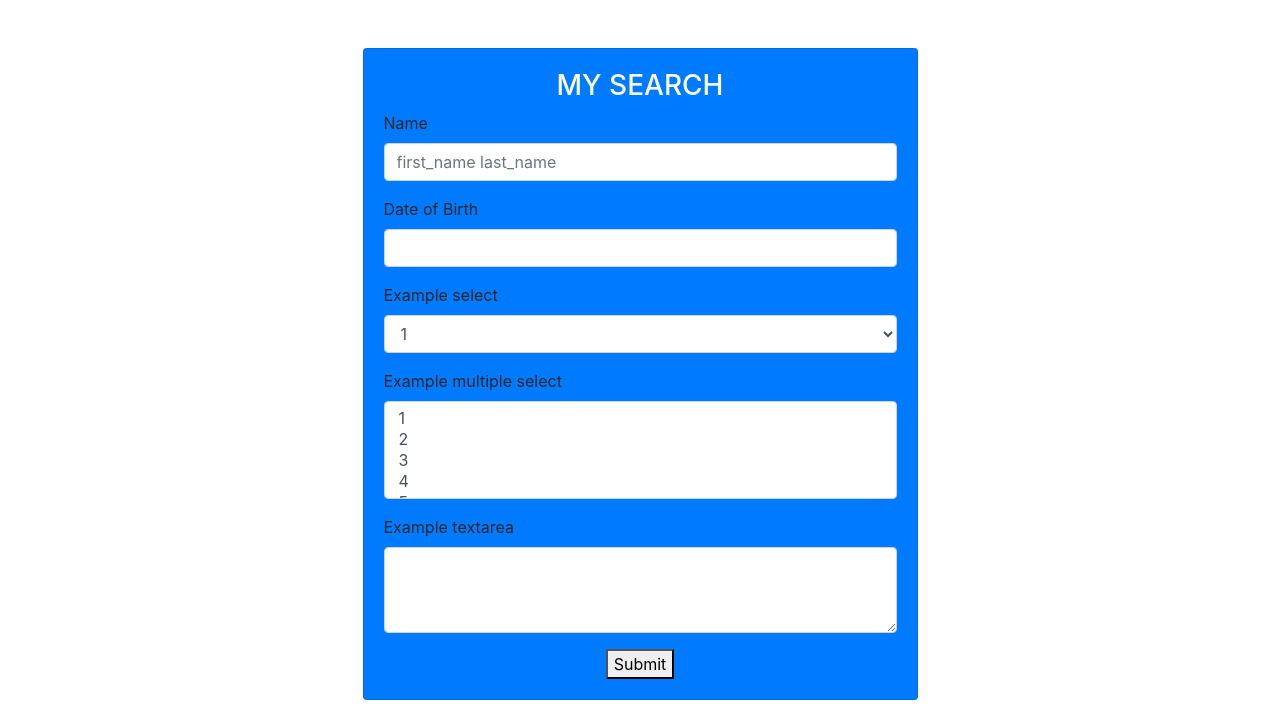
Repository: modinilesh/SpringMVC
Page: http://localhost/springmvcsearch/complex
These files come from the project's save history. The page is drawn as it stood at one moment and after the next save; the edit follows.
The browser window is 1280 px wide. The pictures show the whole page.
Some web libraries are served in a nearby version. The page is served by Tomcat 9.

Above is the page before, as saved 2023-10-20 14:41:52.

After the next save:
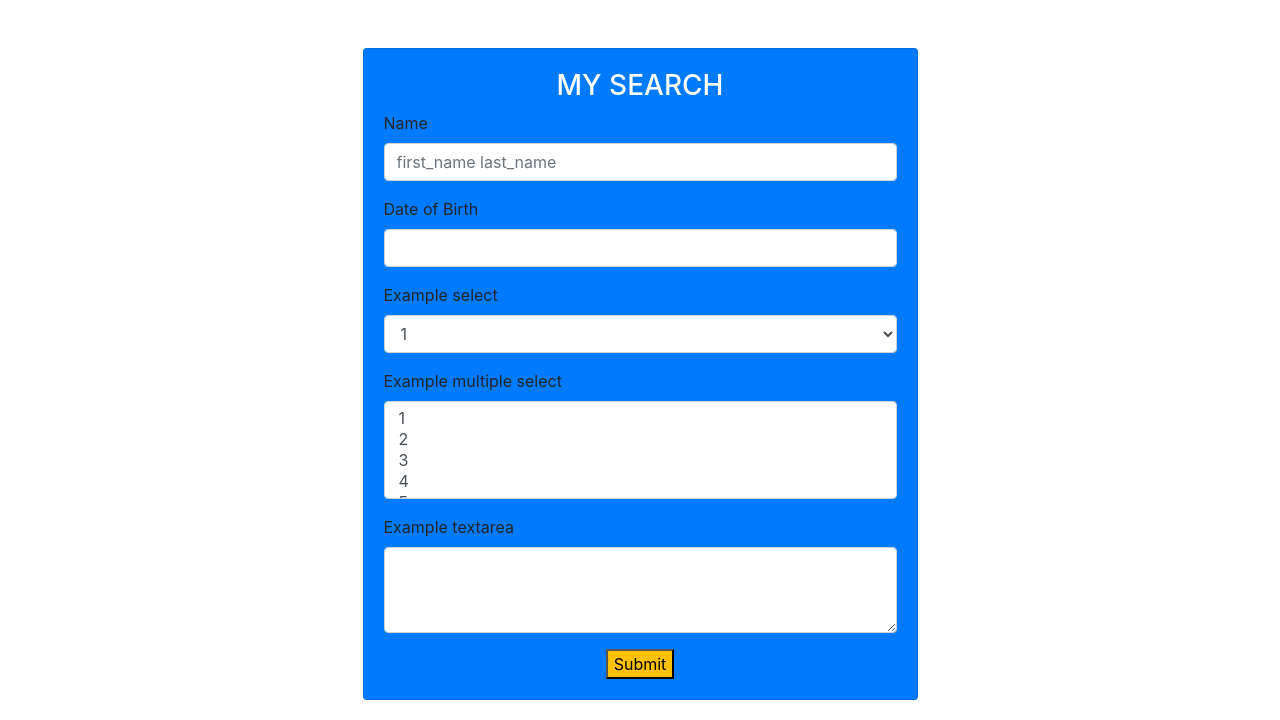
Saved 74 s later.
--- a/springmvcsearch/src/main/webapp/WEB-INF/views/complex_form.jsp
+++ b/springmvcsearch/src/main/webapp/WEB-INF/views/complex_form.jsp
@@ -66,7 +66,7 @@
 					</div>
 
 					<div class="container text-center">
-						<button type="submit" name="submit"
+						<button class="bg-warning" type="submit" name="submit"
 							id="submit">Submit</button>
 					</div>
 
